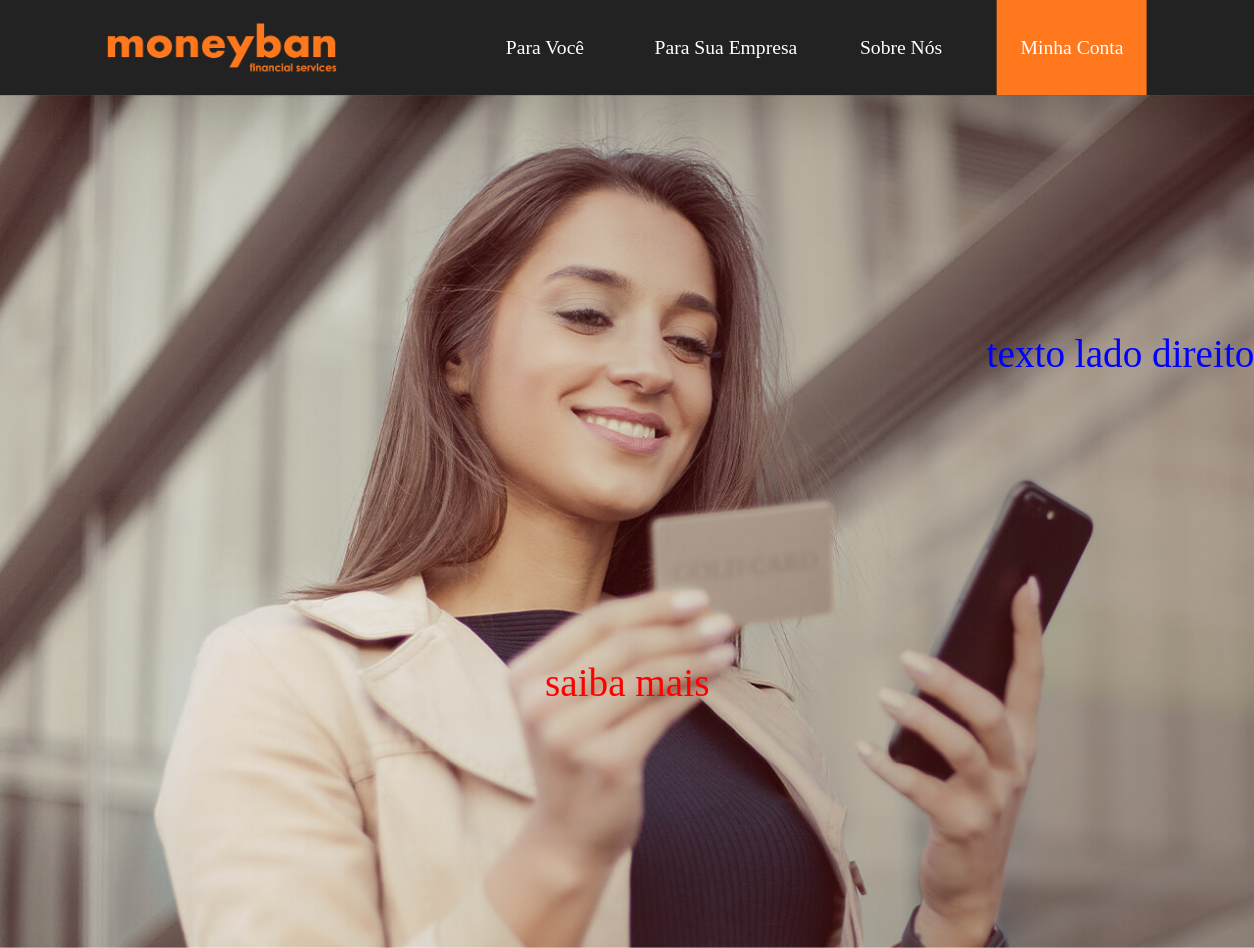
Repository: IvanCardoso91/moneyban
Page: index.html
An editor plug-in stored every save of this project. The page is shown before and after the next save, followed by the edit.
The browser window is 1280 px wide. The pictures show the whole page, at 98% of full size.
Some icons come from a web library that is not loaded, so they are not drawn. Some web fonts or font styles are not loaded; a fallback is used.

Above is the page before, as saved 2020-12-15 13:52:29.

### index.html
<!DOCTYPE html>
<html lang="en">

<head>
    <meta charset="UTF-8">
    <meta name="viewport" content="width=device-width, initial-scale=1.0">
    <link rel="stylesheet" href="./style/main-style.css" type="text/css">
    <link href="/Repositorios/site-moneyban/assets/fontawesome-free/css/all.css" rel="stylesheet">
    <title>Moneyban</title>
    <div class="menu-box">
        <div class="site-title">
            <img src="./assets/img/moneyban 3.png" alt="moneyban" width="233" height="49" />
        </div>
        <div class="menu-options">
            <div style="height: 100%; display: flex;align-items: center;">
                <button onclick="myFunction('personal')" class="menu-options-btn menu-options-text">Para Você <i class="fas fa-chevron-down"></i></button>
                <div style="position: absolute; margin-top: 335px;">
                    <div id="myDropdown" class="dropdown-content">
                        <a>Detran Parcelado</a>
                        <a>Credito Pessoal <span>(em breve)</span></a>
                        <a>Conta Digital <span>(em breve)</span></a>
                        <a>Cartão Internacional <span>(em breve)</span></a>
                        <a>Seguro de Celular <span>(em breve)</span></a>
                    </div>
                </div>
            </div>
            <div style="height: 100%; display: flex;align-items: center;">
                <button onclick="myFunction('enterprise')" class="menu-options-btn menu-options-text">Para Sua Empresa <i class="fas fa-chevron-down"></i></button>
                <div style="position: absolute; margin-top: 295px;">
                    <div id="enterpriseDropdown" class="dropdown-content" style="margin-left: 18px;">
                        <a>Detran Parcelado Frota</a>
                        <a>Capital de Giro <span>(em breve)</span></a>
                        <a>Conta Digital <span>(em breve)</span></a>
                        <a>Cartão Internacional <span>(em breve)</span></a>
                    </div>
                </div>
            </div>
            <div style="height: 100%; display: flex;align-items: center;">
                <span class="menu-options-text"><a>Sobre Nós</a></span>
            </div>
            <div class="menu-options-my-account"><a>Minha Conta</a></div>
        </div>
    </div>
</head>

<body>
    <div class="box-img1">
        <div class="right-side-text">
            texto lado direito
        </div>
        <div class="center-know-more">
            saiba mais
        </div>
    </div>





    <script type="text/javascript" src="./script/main-index.js"></script>
</body>

</html>

### style/main-style.css
@font-face {
    font-family: 'Century Gothic';
    src: url('/Repositorios/site-moneyban/assets/fonts/Century_Gothic.ttf')
}

body {
    margin: 0px;
}

a {
    cursor: pointer;
}


/* MENU HEADER */

.menu-box {
    background-color: #222222;
    width: 100%;
    display: flex;
    flex-direction: row;
    justify-content: space-evenly;
    height: 97px;
}

.site-title {
    display: flex;
    align-items: center;
}

.title-text {
    color: #FF781D;
    font-family: 'Century Gothic';
    font-weight: bold;
}

.subtitle-text {
    color: #FF781D;
    font-family: 'Century Gothic';
}

.menu-options {
    display: flex;
    align-items: center;
    justify-content: flex-end;
}

.menu-options-text {
    color: #FFFFFF;
    font-size: 20px;
    font-family: 'Century Gothic';
    margin-left: 56px;
    background-color: #0000;
    border-color: #0000;
    cursor: pointer;
}

.menu-options-text:focus {
    outline: 0;
}

.menu-options-my-account {
    background-color: #FF781D;
    color: #FFFFFF;
    font-size: 20px;
    font-family: 'Century Gothic';
    margin-left: 56px;
    height: 100%;
    display: flex;
    align-items: center;
    padding: 0px 24px;
}

.fa-chevron-down {
    color: #FF781D;
    pointer-events: none;
}


/* FIM DO MENU HEADER */


/* DROPDOWN */

.dropdown {
    position: relative;
    display: inline-block;
}

.dropdown-content {
    display: none;
    font-size: 14px;
    font-family: 'Century Gothic';
    background-color: #222222B3;
    cursor: pointer;
    opacity: 1;
    border: 2px solid transparent;
    border-top-color: #FF781D;
    transition: all 2s ease-in-out;
}

.dropdown-content a {
    color: #FFFFFF !important
}

.dropdown-content span {
    color: #FF781D !important;
    font-size: 10px
}

.dropdown-content a {
    color: black;
    padding: 12px 16px;
    text-decoration: none;
    display: block;
}

.dropdown a:hover {
    background-color: #ddd;
}

.show {
    display: flex;
    flex-direction: column;
    align-content: flex-start;
    width: 292px;
    padding: 15px;
}


/* FIM DO DROPDOWN */

.box-img1 {
    height: 870px;
    background-image: url('/Repositorios/site-moneyban/assets/img/bg-home-parcelar-documentos-carro-moto.jpg');
}

.right-side-text {
    font-size: 40px;
    color: blue;
    height: 526px;
    display: flex;
    justify-content: flex-end;
    align-items: center;
}

.center-know-more {
    display: flex;
    justify-content: center;
    align-items: center;
    font-size: 40px;
    color: red;
    height: 17%;
}

### script/main-index.js
function myFunction(option) {
    if (option === 'personal') {
        document.getElementById("myDropdown").classList.toggle("show");
        document.getElementById("enterpriseDropdown").classList.remove("show")
    } else {
        document.getElementById("enterpriseDropdown").classList.toggle("show");
        document.getElementById("myDropdown").classList.remove("show");
    }

}

// Close the dropdown if the user clicks outside of it
window.onclick = function(event) {
    if (!event.target.matches('.menu-options-btn')) {
        var dropdowns = document.getElementsByClassName("dropdown-content");
        var i;
        for (i = 0; i < dropdowns.length; i++) {
            var openDropdown = dropdowns[i];
            if (openDropdown.classList.contains('show')) {
                openDropdown.classList.remove('show');
            }
        }
    }
}

// NAO ESQUECER DE ADICIONAR O MÉTODO POST
{
    /* <form method="post" action="https://consulta.moneyban.com.br/licenciamento.php" name="form">
    	<input type="text" placeholder="Nome Completo" name="cnome">
    	<input type="email" placeholder="E-mail" name="cemail">
    	<input type="tel" placeholder="Telefone" name="cphone">
    	<input type="text" placeholder="Renavam" id="renavam" name="crenavam" maxlength="11">
    	<input type="hidden" name="cparceiro" value="">
    	<input type="hidden" name="cuf" value="PR">
    	<button type="submit" >Consultar Grátis</button>
    </form> */
}

After the next save:
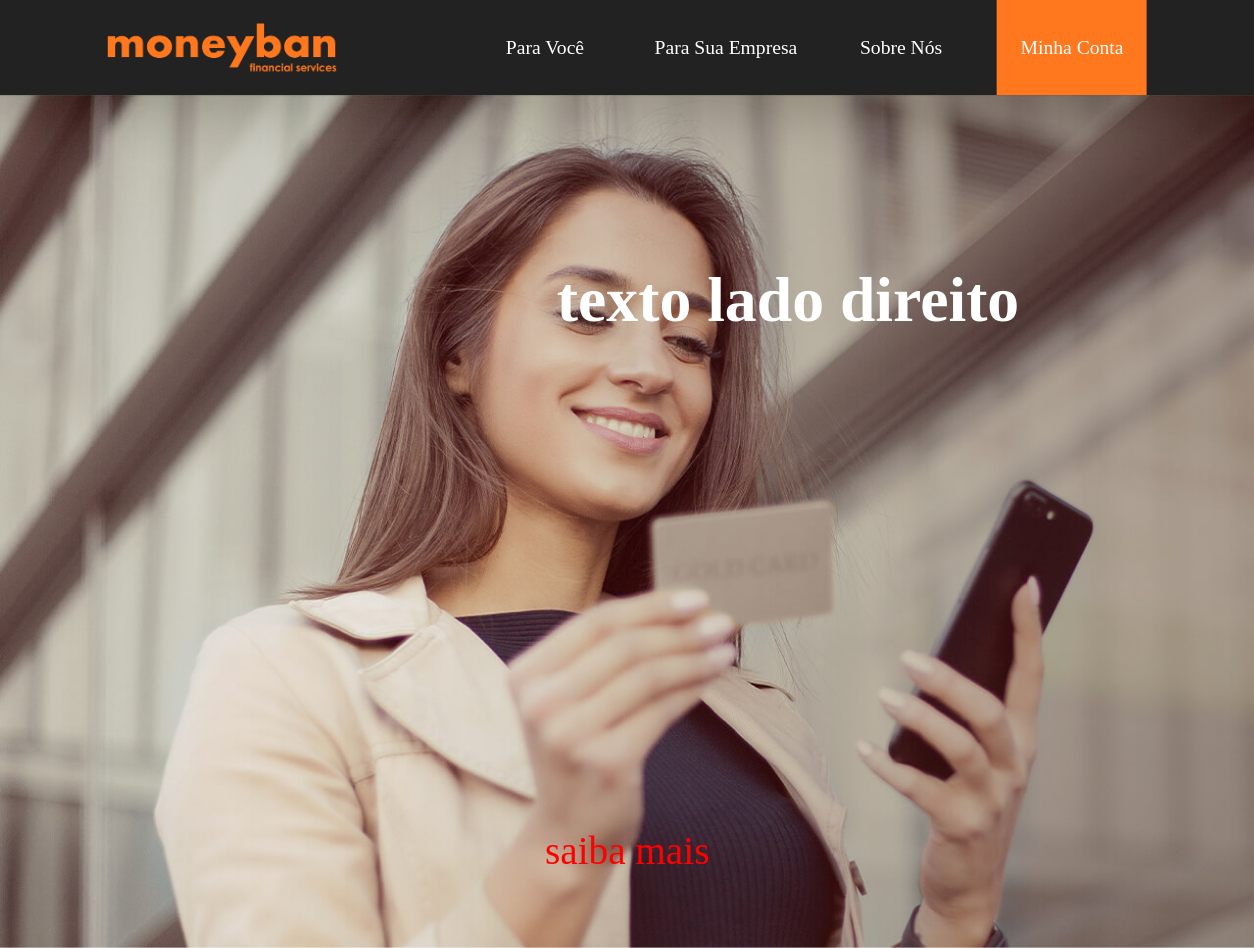
Saved 5 min 41 s later.
--- a/style/main-style.css
+++ b/style/main-style.css
@@ -136,12 +136,16 @@ a {
 }
 
 .right-side-text {
-    font-size: 40px;
-    color: blue;
+    font-size: 65px;
+    font-family: 'Century Gothic';
+    font-weight: bold;
+    color: #FFFFFF;
     height: 526px;
     display: flex;
     justify-content: flex-end;
-    align-items: center;
+    align-items: start;
+    padding-right: 240px;
+    padding-top: 172px;
 }
 
 .center-know-more {
